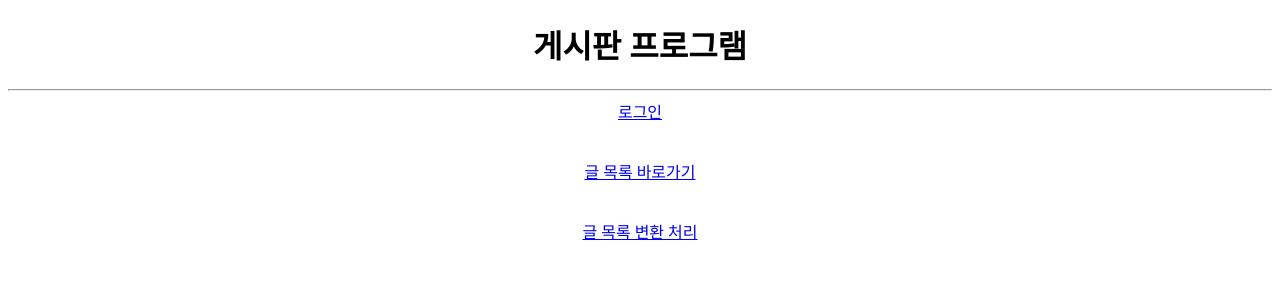
Repository: kevin1229/springTest
Page: http://localhost/BoardWeb/
An editor plug-in stored every save of this project. The page is shown before and after the next save, followed by the edit.
The browser window is 1280 px wide. The pictures show the whole page.
The page is served by Tomcat 9. Nobody is signed in. The application's start-up code is not run. Other server files are loaded and not shown.

Above is the page before, as saved 2020-04-05 13:04:12.

### BoardWeb/src/main/webapp/index.jsp
<%@ page language="java" contentType="text/html; charset=UTF-8"
    pageEncoding="UTF-8"%>
<!DOCTYPE html PUBLIC "-//W3C//DTD HTML 4.01 Transitional//EN"
					  "http://www.w3.org/TR/html4/loose.dtd">
<html>
<head>
<meta http-equiv="Content-Type" content="text/html; charset=UTF-8">
<title>Main Page</title>
</head>

<body>
	<center>
		<h1>게시판 프로그램</h1>
		<hr>
			<a href="login.do">로그인</a><br><br><br>
			<a href="getBoardList.do">글 목록 바로가기</a><br><br><br>
			<a href="dataTransform.do">글 목록 변환 처리</a><br>
		</hr>
	</center>
</body>
</html>

After the next save:
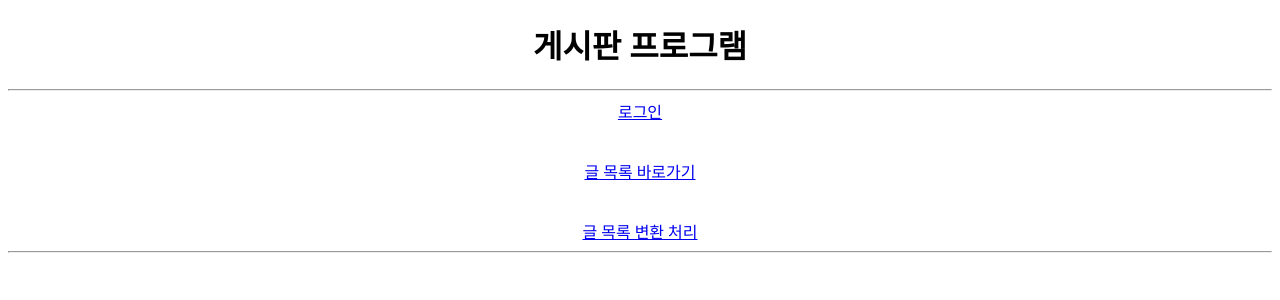
Saved 15 min 9 s later.
--- a/BoardWeb/src/main/webapp/index.jsp
+++ b/BoardWeb/src/main/webapp/index.jsp
@@ -15,7 +15,7 @@
 			<a href="login.do">로그인</a><br><br><br>
 			<a href="getBoardList.do">글 목록 바로가기</a><br><br><br>
 			<a href="dataTransform.do">글 목록 변환 처리</a><br>
-		</hr>
+		<hr>
 	</center>
 </body>
 </html>
